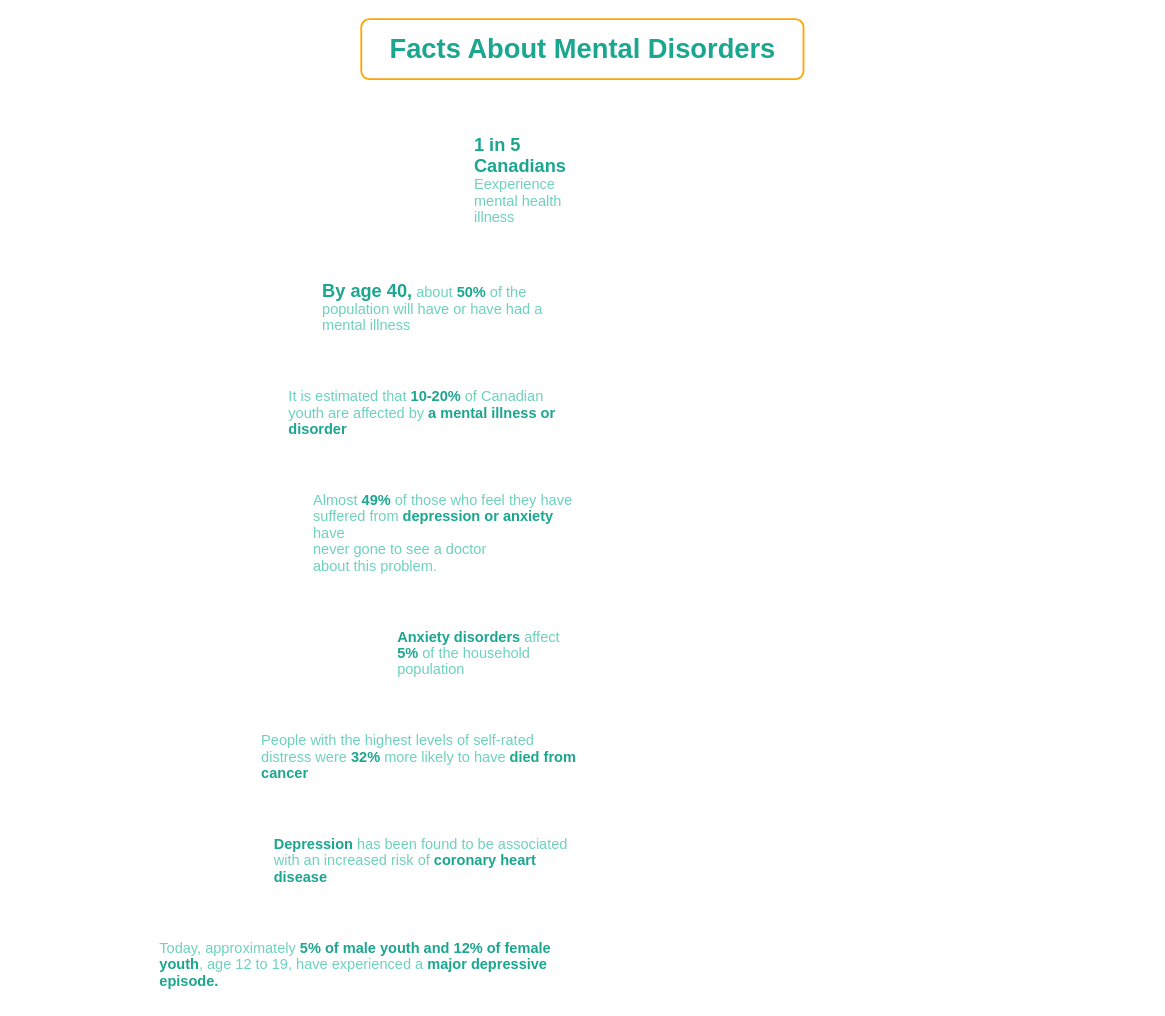
Repository: zzs1/2109-Dynamic-Content-Project
Page: joyce_code/index.html
An editor plug-in stored every save of this project. The page is shown before and after the next save, followed by the edit.
The browser window is 1280 px wide. The pictures show the whole page, at 91% of full size.
Some web fonts or font styles are not loaded; a fallback is used.

Above is the page before, as saved 2021-03-08 20:50:26.
Console error: TypeError: Cannot read properties of null (reading 'innerHTML')

### joyce_code/index.html
<!DOCTYPE html>
<html>
  <head>
    <meta charset="UTF-8">
    <title>. </title>
    <link href="style.css" type="text/css" rel="stylesheet">
    <link href="https://fonts.googleapis.com/css2?family=Saira+Semi+Condensed:wght@500&display=swap" rel="stylesheet">
  </head>
  <body>
      <div id="main">

        <h3 id="heading"> Facts About Mental Disorders </h3>

        <div class="boxes" id="box1">
              <div class="text"><div class="keyword">1 in 5 Canadians</div> Eexperience mental health illness  </div>
              <div class="pic"></div>
        </div>

        <div class="boxes"  id="box2">
              <div class="pic"></div>
              <div class="text"><strong class="keyword">By age 40,</strong>
                about <div class="highlight">50%</div>  of the population will have or have had a mental illness  </div>
        </div>

        <div class="boxes" id="box3">
              <div class="text">It is estimated that <div class="highlight">10-20% </div>of Canadian youth are affected by <div class="highlight">a mental illness or disorder</div> </div>
              <div class="pic"></div>
        </div>

        <div class="boxes"  id="box4">
            <div class="pic"></div>
            <div class="text">Almost <div class="highlight">49% </div>of those who feel they have suffered from<div class="highlight"> depression or anxiety</div> have <div id="highlight">never gone to see a doctor</div> about this problem.  </div>
        </div>

        <div class="boxes"  id="box5">
          <div class="text"><div class="highlight">Anxiety disorders</div> affect <div class="highlight">5%</div> of the household population </div>
          <div class="pic"></div>
        </div>

        <div class="boxes" id="box6">
          <div class="pic"></div>
          <div class="text">People with the highest levels of self-rated distress were <div class="highlight">32%</div> more likely to have <div class="highlight">died from cancer</div></div>
        </div>

        <div class="boxes" id="box7">
          <div class="text"><div class="highlight">Depression </div>has been found to be associated with an increased risk of <div class="highlight">coronary heart disease</div> </div>
          <div class="pic"></div>
        </div>

        <div class="boxes" id="box8">
          <div class="text">Today, approximately <div class="highlight">5% of male youth and 12% of female youth</div>, age 12 to 19, have experienced a <div class="highlight">major depressive episode.</div></div>
          <div class="pic"></div>
        </div>

      </div>
      <script src="index.js"></script>
      </body>
      </html>

### joyce_code/style.css
html, body{
    margin:0;
    font-family: 'Saira Semi Condensed', sans-serif;

}

#main{
    width:100vw;
    height:100vh;
    display:flex;
    flex-direction:column;
    align-self: start;
    align-items:center;

}

#heading{
    margin-top: 20px;
    font-size: 30px;
    color:#1BA68F;
    border:2px solid  orange;
    max-height:30%;
    max-width: 80%;
    padding:15px 30px;
    border-radius: 10px;
}

.boxes{
    padding:30px;
    max-height:40%;
    max-width: 80%;
    display: flex;
    flex-direction:column;
}
.text{
    display: inline;
    max-width: 50%;
    color:#6ED1BF;
}

.picture{
    width: 50%;
}

.keyword{
    color:#1BA68F;
    font-size: 20px;
    font-weight: bold;
}

.highlight{
    display: inline;
    color:#1BA68F;
    font-size: 16px;
    font-weight: bold;
}

### index.js
// DONT TOUCH !!Chisaki JS start from here
document.querySelector(".title").innerHTML += TitleUI("#FFFFFF","#1BA68F","Top 3 Mental illness in US","#1BA68F");
document.querySelector(".card").innerHTML += CardUI("What is top 1 Mental illness ?", "Bipolar disorder", "Anxiety disorder", "Major depressive disorder","Anxiety disorder","Symptoms can include excessive worrying, feeling agitated, restlessness, fatigue, tense muscles, difficulty sleeping, and panic attacks");
document.querySelector(".card").innerHTML += CardUI("What is 2nd Mental illness ?", "Bipolar disorder", "Anxiety disorder", "Major depressive disorder","Major depressive disorder", "Symptoms include depressed mood, change in weight, appetite and sleep patterns, fatigue, and a feeling of worthlessness");
document.querySelector(".card").innerHTML += CardUI("What is 3rd Mental illness ?", "Bipolar disorder", "Anxiety disorder", "Major depressive disorder","Bipolar disorder","Symptoms  include experience manic episodes where their moods and behaviors are drastically different than normal.");
document.querySelector(".title2").innerHTML += TitleUI("#FFFFFF","#FFD4C1","How to improve your mental health?","#FFAA81");
document.querySelector(".icon").innerHTML += IconUI("icon1",'comps/icon/pic1.svg',"EAT WELL");
document.querySelector(".icon").innerHTML += IconUI("icon2",'comps/icon/pic2.svg',"STRECHING");
document.querySelector(".icon").innerHTML += IconUI("icon3",'comps/icon/pic3.jpg',"STOP TOBBACO");
document.querySelector(".icon").innerHTML += IconUI("icon4",'comps/icon/pic4.svg', "TREAT YOURSELF");
document.querySelector(".icon").innerHTML += IconUI("icon5",'comps/icon/pic5.svg', "CHAT CHAT CHAT");
document.querySelector(".icon").innerHTML += IconUI("icon6",'comps/icon/pic6.svg', "PLAN YOUR GOAL");
document.querySelector(".info").innerHTML += InfoUI("info1",'comps/icon/pic1.svg',"Eat and drink to optimize your health","Eating healthy is not only good for your physical health, but also for your mental health. some people release their stress by eating junk foods, taking caffeine, or drinking alcohol, but it is not a good way to release your stress in the long run. Consider making healthy eating and drinking habits. ");
document.querySelector(".info").innerHTML += InfoUI("info2",'comps/icon/pic2.svg',"Exercise regularly","Try to do some exercises because we can ease our stress by moving our body. You can try non-competitive exercises, such as aerobics, weight training, and yoga. According to the study, aerobic exercise can release endorphins which are natural substances that make your feeling better and keep you being positive.");
document.querySelector(".info").innerHTML += InfoUI("info3",'comps/icon/pic3.jpg',"Stop using tobacco and nicotine products","Did you know smoking is not only bad for your physical health, but also mental health? Smoking increases your anxiety and tension. In fact, if you try to stop smoking and get rid of the nicotine, you would feel irritable and anxious due to the signals from certain chemicals in the brain.");
document.querySelector(".info").innerHTML += InfoUI("info4",'comps/icon/pic4.svg', "Study and practice relaxation techniques", "Finding your relaxation way is really important to relieve your stress. It can be anything that you would like to do, such as taking a long bath, deep breathing, doing mindfulness meditation, or daydreaming. In retheraphy, we are also introducing some popular relaxation ways.");
document.querySelector(".info").innerHTML += InfoUI("info5",'comps/icon/pic5.svg', "Talk how you feel to someone","By talking your concerns to someone else, you can organize your feeling. Moreover, someone may give you some advice for your concerns. It is always a good idea to talk your feelings to people you trust. If your concerns are really personal ones, you can also reach out to some professional consultants.");
document.querySelector(".info").innerHTML += InfoUI("info6",'comps/icon/pic6.svg', "Set realistic goals and expectations", "By setting realistic goals and achieving small goals step by step, you can get more and more confident on yourself. For example, if you are trying to go on diet, you can start by walking 1 or 2 bus stops distance once or twice a week. When you making a plan, it is a good idea to consider your plan for the long run.");
// DONT TOUCH !!Chisaki JS End here

After the next save:
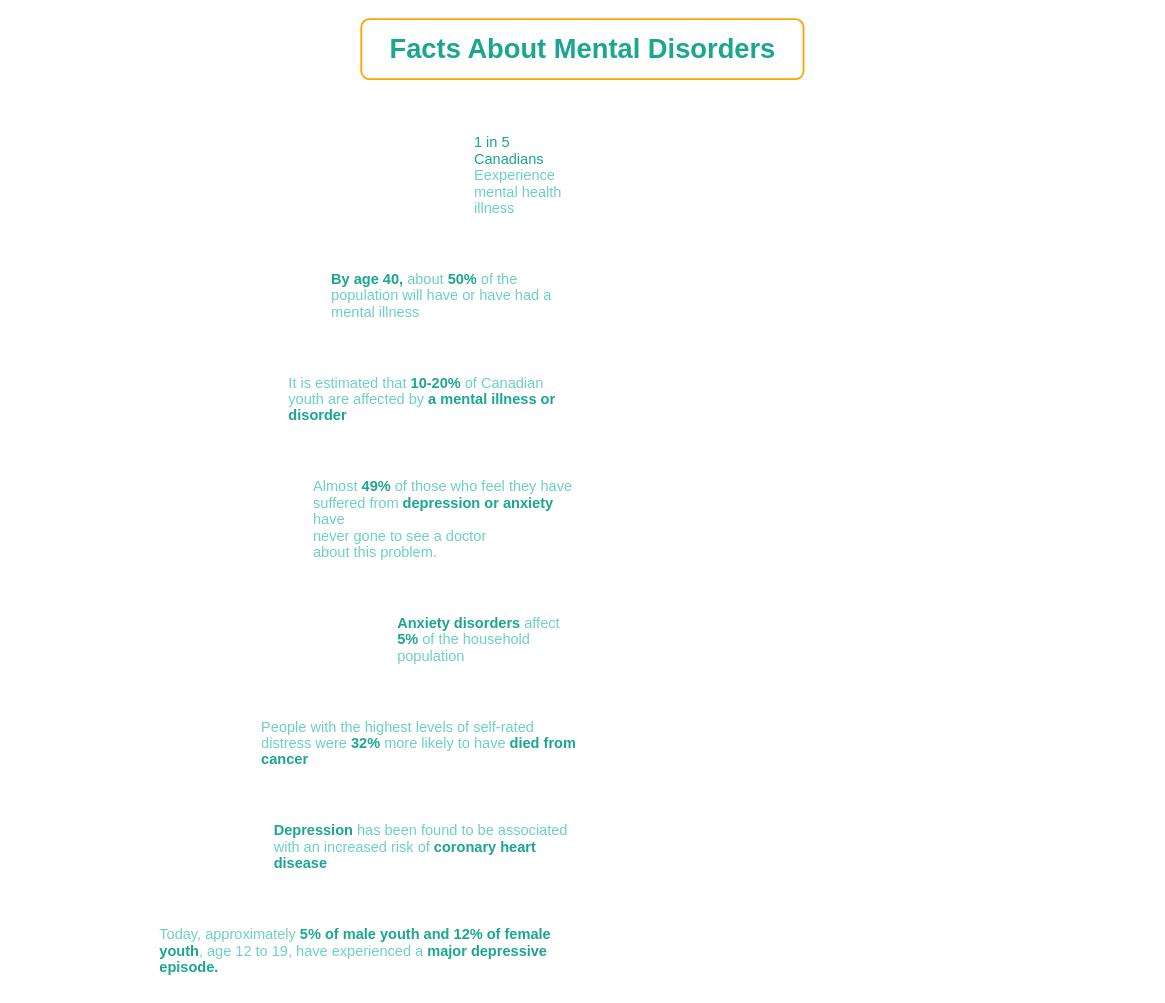
Saved 11 s later.
--- a/joyce_code/style.css
+++ b/joyce_code/style.css
@@ -44,8 +44,7 @@ html, body{
 
 .keyword{
     color:#1BA68F;
-    font-size: 20px;
-    font-weight: bold;
+
 }
 
 .highlight{
